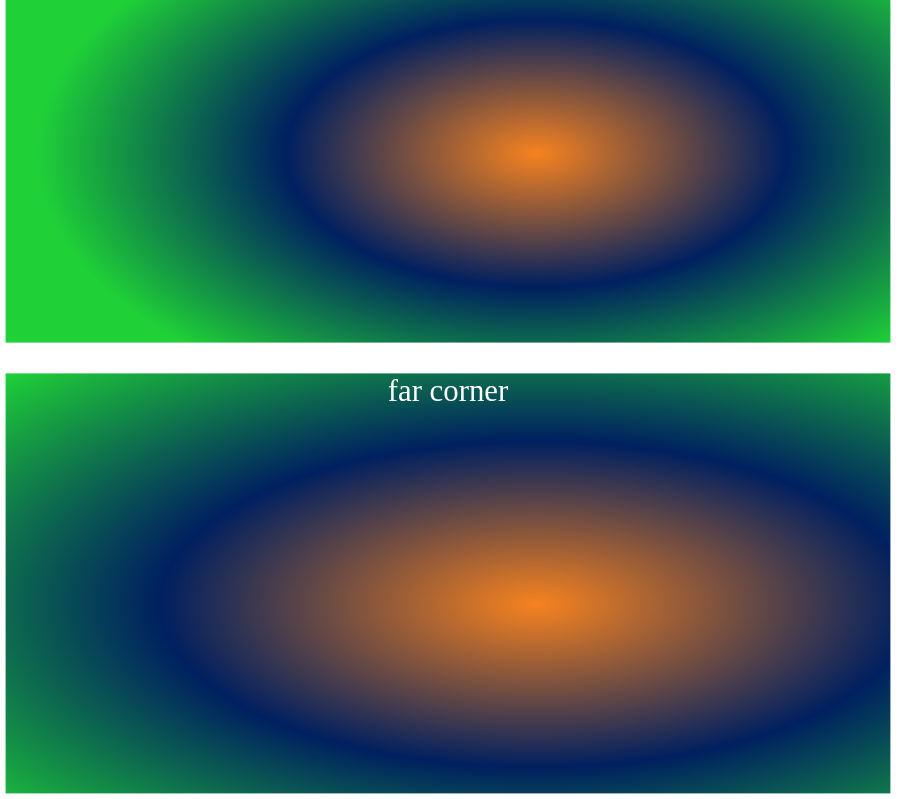
Repository: Pema-yangki/Css
Page: color.html
The author's editor kept a copy of each file at every save. The page is drawn from the files as they stood at one save, then again after the next save.
The browser window is 1280 px wide. The page is 1280 px wide, then 1312 px, so the pictures cover 1312 px, including what lies to the right of the window. The pictures show the part of the page from y = 3478 to 5358 px (the page is 4620 px tall before and 5358 px after), at 70% of full size.

Above is the page before, as saved 2024-03-27 10:34:41.

After the next save:
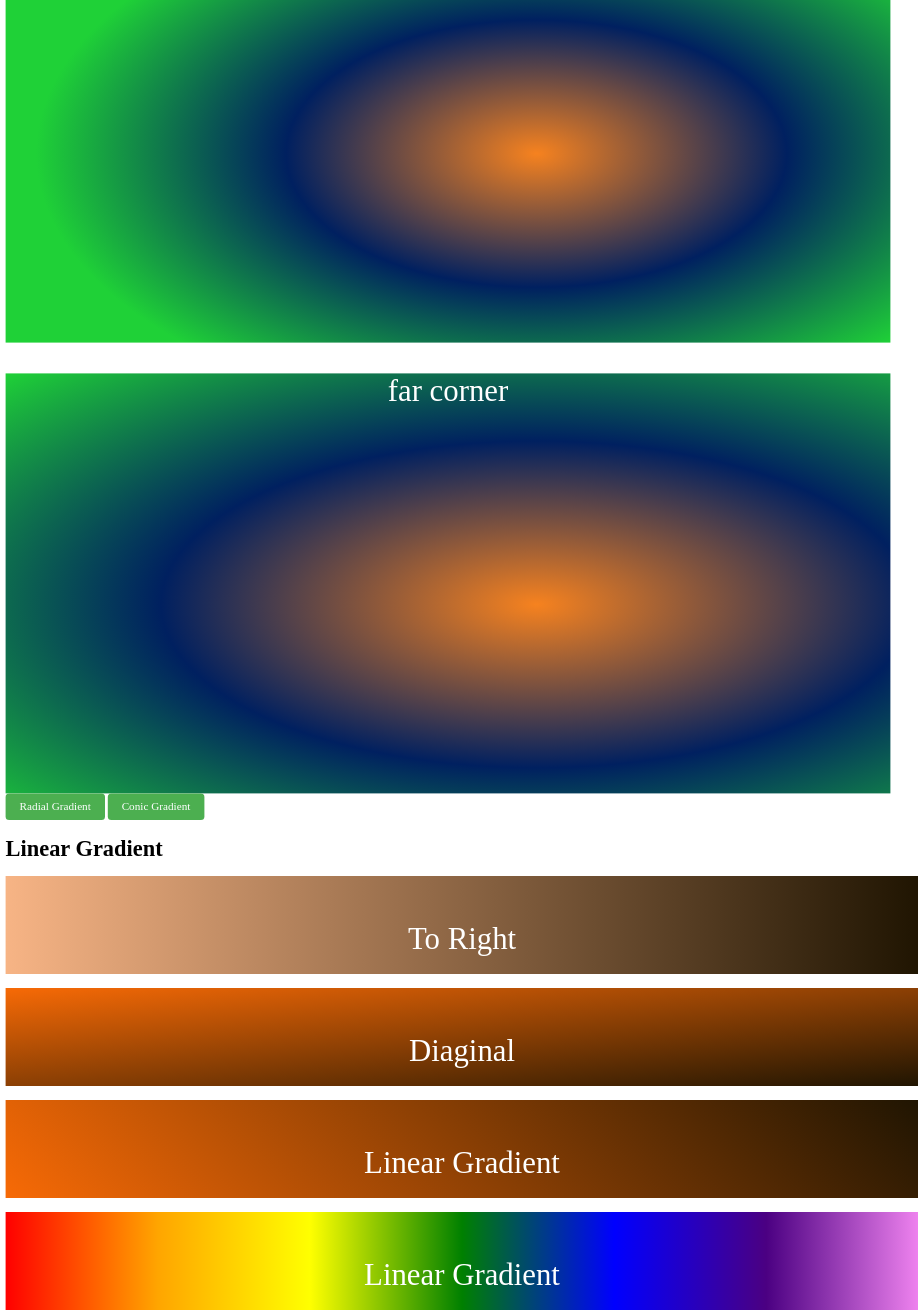
Saved 4 s later.
--- a/color.html
+++ b/color.html
@@ -165,7 +165,21 @@ height: 300px;
     <div class="Farthercorner">
         <p>far corner</p>
     </div>
-
+    <a href="radianr.html" class="styled-link">Radial Gradient</a>
+    <a href="conic.html" class="styled-link">Conic Gradient</a>
+    <h1>Linear Gradient</h1>
+    <div class="linear">
+        <p>To Right</p>
+    </div>
+    <div class="linearleft">
+        <p>Diaginal</p>
+    </div>
+     <div class="angles">
+        <p>Linear Gradient</p>
+    </div>
+    <div class="multi">
+        <p>Linear Gradient</p>
+    </div>
 
 </body>
 </html>
